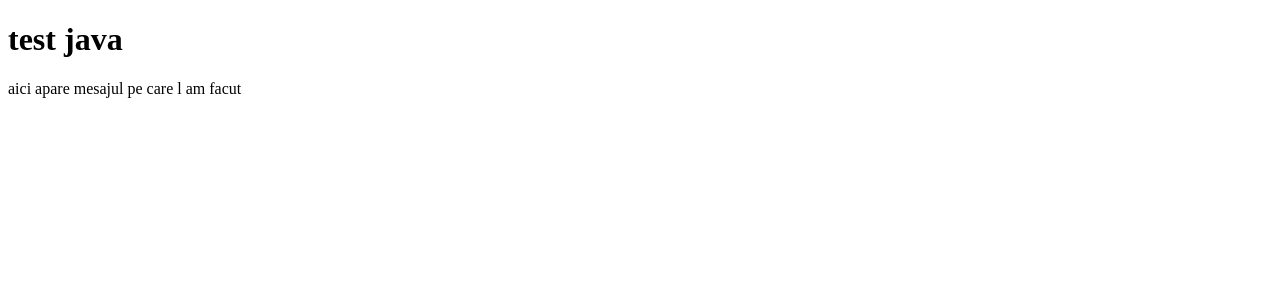
Repository: Parnicoza/testecomplete
Page: testcompletJS-1.html
The author's editor kept a copy of each file at every save. The page is drawn from the files as they stood at one save, then again after the next save.
The browser window is 1280 px wide. The pictures show the whole page.

Above is the page before, as saved 2025-03-10 11:17:41.

After the next save:
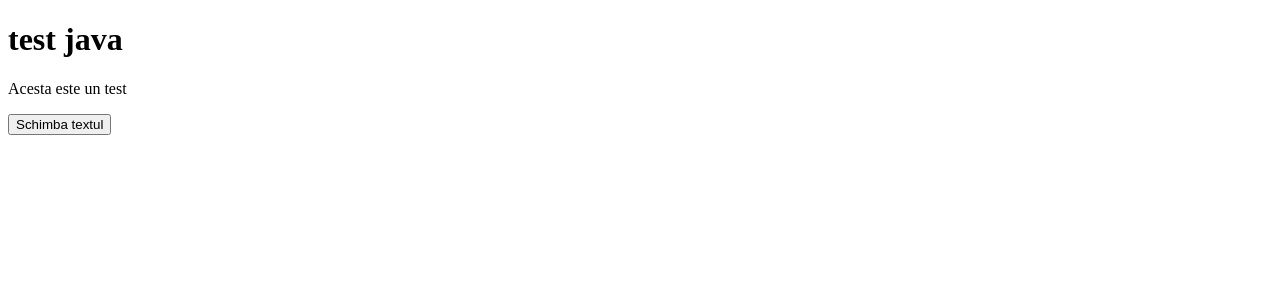
Saved 4 s later.
--- a/testcompletJS-1.html
+++ b/testcompletJS-1.html
@@ -6,7 +6,8 @@
 </head>
 <body>
     <h1>test java</h1>
-    <p id="p">aici apare mesajul pe care l am facut </p>
+    <p id="p">Acesta este un test</p>
+    <button onclick="schimba()">Schimba textul</button>
 
     <script src="java.js"></script>
 </body>
